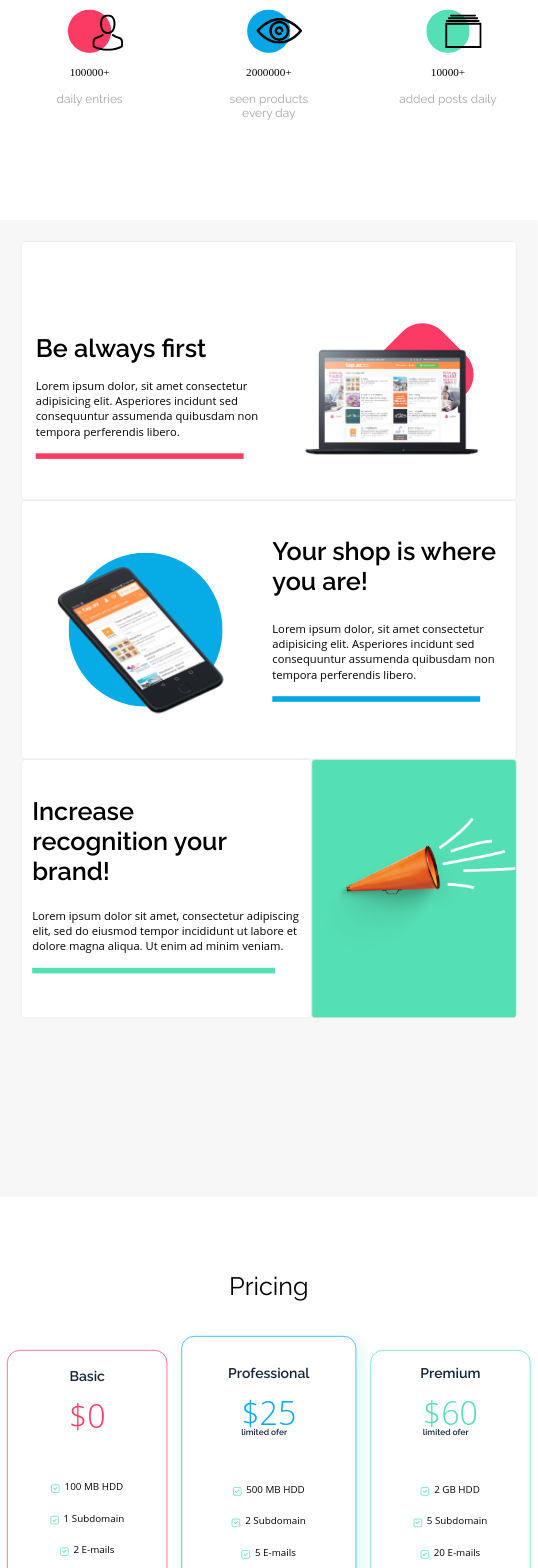
Repository: VolodymyrDubnytskyi/BestShop_project
Page: index.html
These files come from the project's save history. The page is drawn as it stood at one moment and after the next save; the edit follows.
The browser window is 768 px wide. The pictures show the part of the page from y = 1052 to 3292 px (the page is 4270 px tall), at 70% of full size.
Some web libraries are served in a nearby version.

Above is the page before, as saved 2020-01-18 12:55:37.

After the next save:
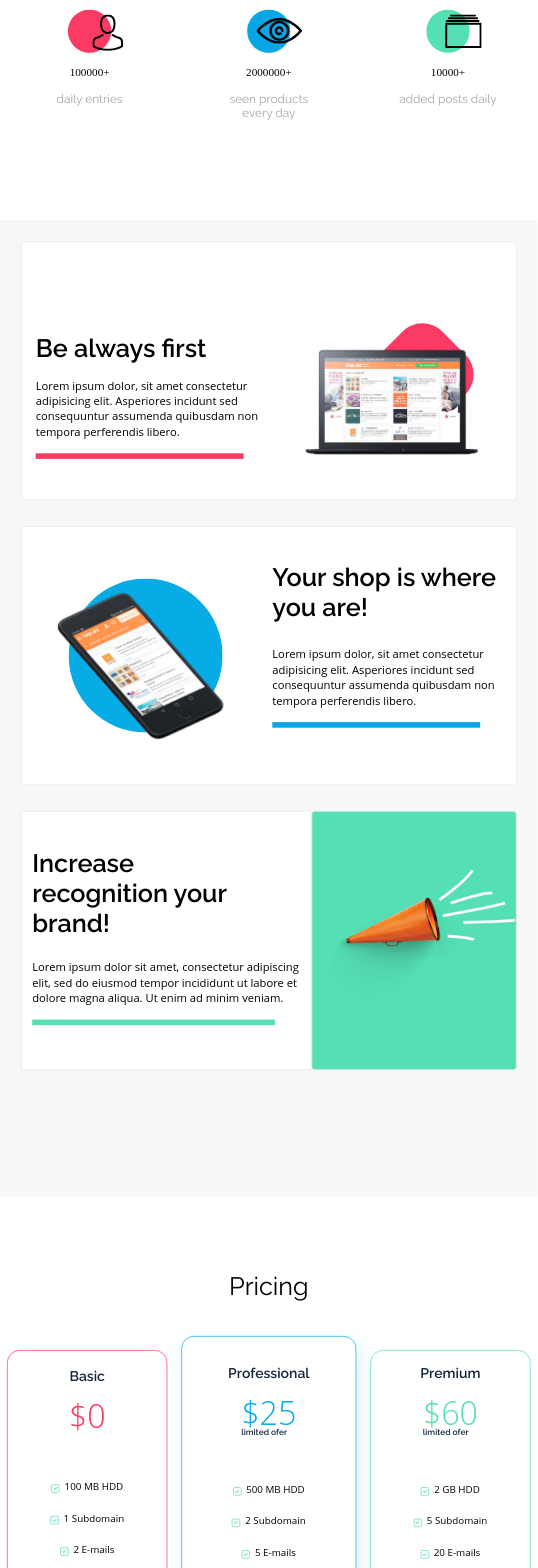
Saved 37 s later.
--- a/css/style.css
+++ b/css/style.css
@@ -888,9 +888,6 @@ background-color: #eb476d1d;
     width: 127px;
     height: 127px;
   }
-  .main-content-boxes{
-    margin-bottom: 0;
-  }
   .main-content-info-box h2{
     padding: 131px 0 0 20px;
   }
